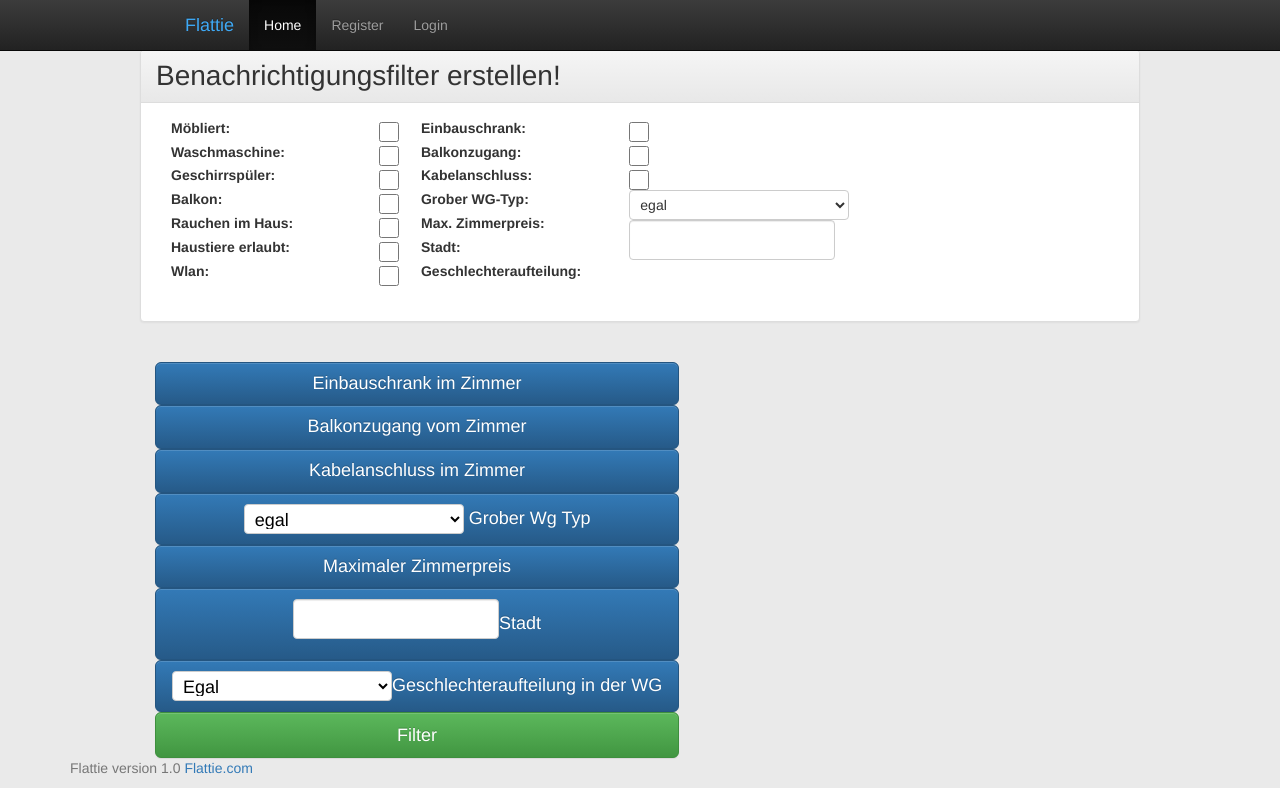
Repository: ese-unibe-ch/ese2014-team2
Page: http://localhost/Skeleton/pages/createCustomFilter.jsp
An editor plug-in stored every save of this project. The page is shown before and after the next save, followed by the edit.
The browser window is 1280 px wide. The pictures show the whole page.
Some web libraries are served in a nearby version. The page is served by Tomcat 9. Nobody is signed in. The application's start-up code is not run. Other server files are loaded and not shown. The template is opened directly, without the code that normally fills it, so the values that code supplies are empty.

Above is the page before, as saved 2014-11-26 12:40:51.
Console error (its wording comes from the project's code and is left out).

### Skeleton/src/main/webapp/pages/createCustomFilter.jsp
<%@ page language="java" pageEncoding="UTF-8" contentType="text/html;charset=utf-8" %>
<%@ taglib prefix="c" uri="http://java.sun.com/jsp/jstl/core" %>
<%@ taglib prefix="form" uri="http://www.springframework.org/tags/form" %>
<%@ taglib prefix="spring" uri="http://www.springframework.org/tags" %>


<c:import url="template/header.jsp" />



<div class="main">
	<div class="col-sm-16">
    	<div class="panel panel-default">
        	<div class="panel-heading">
            	<h3 class="panel-title">Benachrichtigungsfilter erstellen!</h3>
            </div>
            <div class="panel-body">


              <form:form method="post" modelAttribute="filterForm" action="saveCustomFilter"
		id="filterForm" cssClass="form-horizontal" autocomplete="off"
		enctype="multipart/form-data">
		<fieldset>

	<style>
		label {
				line-height:120% !important;
				}
	</style>
		<div class="col-md-5">
			<label>Möbliert:</label><br>
			<label>Waschmaschine:</label><br>
			<label>Geschirrspüler:</label><br>
			<label>Balkon:</label><br>
			<label>Rauchen im Haus:</label><br>
			<label>Haustiere erlaubt:</label><br>
			<label>Wlan:</label><br>
		</div>

		<div class="col-md-1">
			<form:checkbox path="furnished" id="field-furnished" cssClass="checkboxbig"/>
			<form:checkbox	path="hasLaundry" id="field-Laundry" cssClass="checkboxbig"/>
			<form:checkbox	path="hasDishwasher" id="field-Dishwasher" cssClass="checkboxbig"/>
			<form:checkbox path="hasBalcony" id="field-hasBalcony" cssClass="checkboxbig"/>
			<form:checkbox	path="smokingInside" id="field-smokingInside" cssClass="checkboxbig"/>
			<form:checkbox	path="hasPets" id="field-pets" cssClass="checkboxbig" />
			<form:checkbox	path="wlan" id="field-wlan" cssClass="checkboxbig" />
		</div>

		<div class="col-md-5">
			<label>Einbauschrank:</label><br>
			<label>Balkonzugang:</label><br>
			<label>Kabelanschluss:</label><br>
			<label>Grober WG-Typ:</label><br>
			<label>Max. Zimmerpreis:</label><br>
			<label>Stadt:</label><br>
			<label>Geschlechteraufteilung:</label><br>
		</div>

		<div class="col-md-1">
			<form:checkbox path="hasBuiltInCloset" id="field-hasBuiltInCloset" cssClass="checkboxbig" />
			<form:checkbox	path="toBalcony" id="field-isToBalcony" cssClass="checkboxbig"/>
			<form:checkbox	path="hasCables" id="field-hasCables" cssClass="checkboxbig"/>
			<form:select path="wgType" id="field-wgType">
				<option value="undef">egal</option>
				<option value="wild">eher wild</option>
				<option value="calm">eher ruhig</option>
			</form:select>
			<form:input path="roomPrice" id="field-roomPrice" maxlength="6" />
		</div>




				    </div><!-- /input-group -->
				  </div><!-- /.col-lg-6 -->
				  <div class="col-lg-5">
				    <div class="input-group">
				      		<h3><label class="btn btn-primary btn-lg btn-block" >Einbauschrank im Zimmer</label></h3>
				      		<h3><label class="btn btn-primary btn-lg btn-block" >Balkonzugang vom Zimmer</label></h3>
				      		<h3><label class="btn btn-primary btn-lg btn-block" >Kabelanschluss im Zimmer</label></h3>
				      		<h3><label class="btn btn-primary btn-lg btn-block" >
				      		<font color="000000"> <form:select path="wgType" id="field-wgType">
								<option value="undef">egal</option>
								<option value="wild">eher wild</option>
								<option value="calm">eher ruhig</option>


							</form:select> </font> Grober Wg Typ</label></h3>
				<h3><label class="btn btn-primary btn-lg btn-block" ><font color="000000"></font> Maximaler Zimmerpreis</label></h3>
				      		<h3><label class="btn btn-primary btn-lg btn-block" ><font color="000000"><form:input path="city" id="field-city" maxlength="15" /></font>Stadt</label></h3>
				      		<h3><label class="btn btn-primary btn-lg btn-block" ><font color="000000"><form:select path="wgGender" id="field-wgGender"
								tabindex="13">
								<option value="dontcare"> Egal</option>
								<option value="female">Reine Frauenwg</option>
								<option value="male">Reine Männerwg</option>


							</form:select></font>Geschlechteraufteilung in der WG</label></h3>

				      			<button type="submit" class="btn btn-success btn-lg btn-block">Filter</button>
				    </div><!-- /input-group -->
				  </div><!-- /.col-lg-6 -->
				</div><!-- /.row -->





		</fieldset>
		</form:form>

            </div>
          </div>


</div>


</div>


<c:import url="template/footer.jsp" />

### Skeleton/src/main/webapp/pages/template/header.jsp
<!DOCTYPE html>
<html lang="en">
<http use-expressions="true">



    	<meta charset="UTF-8">

    	<title>About Princesses and Castles</title>

    	<link rel="stylesheet" type="text/css" href="css/stylesheet.css" media="all"/>
    	<link rel="stylesheet" type="text/css" href="css/bootstrap.min.css" media="screen" />
    	<script type="text/javascript"  src="dn.com/bootstrap/3.2.0/js/bootstrap.min.js"></script>
    	<script type="text/javascript" src="http://code.jquery.com/jquery-2.1.1.min.js"></script>
		<script src="http://ajax.googleapis.com/ajax/libs/jquery/1.4.2/jquery.min.js?ver=1.4.2"></script>
    	<script src="js/login.js"></script>
    	<link rel="stylesheet" href="https://maxcdn.bootstrapcdn.com/bootstrap/3.3.0/css/bootstrap.min.css">
<link rel="stylesheet" href="https://maxcdn.bootstrapcdn.com/bootstrap/3.3.0/css/bootstrap-theme.min.css">

    	<!-- HTML5 shim, for IE6-8 support of HTML5 elements -->
    	<!--[if lt IE 9]>
    	<script src="http://html5shim.googlecode.com/svn/trunk/html5.js"></script>
    	<![endif]-->
<!--   WASTE!
    	<style>
        	body {
         	   padding-top: 60px; /* 60px to make the container go all the way to the bottom of the topbar */
        	}
    	</style>
    -->



</head>
<body>
<%@ page language="java" pageEncoding="UTF-8" contentType="text/html;charset=utf-8" %>
<%@ taglib prefix="c" uri="http://java.sun.com/jsp/jstl/core" %>
<%@ taglib prefix="form" uri="http://www.springframework.org/tags/form" %>
<%@ taglib prefix="spring" uri="http://www.springframework.org/tags" %>
<%@ taglib prefix="security" uri="http://www.springframework.org/security/tags" %>

   	  <link href="http://ajax.googleapis.com/ajax/libs/jqueryui/1.8/themes/ui-lightness/jquery-ui.css" rel="stylesheet" type="text/css"/>
      <script src="http://ajax.googleapis.com/ajax/libs/jquery/1.5/jquery.min.js"></script>
      <script src="http://ajax.googleapis.com/ajax/libs/jqueryui/1.8/jquery-ui.min.js"></script>

      <script>
      $(document).ready(function() {
        $("#datepicker").datepicker();
      });
      </script>

       <script>
      $(document).ready(function() {
        $("#datepicker2").datepicker();
      });
      </script>

<security:authorize access="isAnonymous()">
    <!-- Fixed navbar -->
    <nav class="navbar navbar-inverse navbar-fixed-top" role="navigation">
      <div class="container">
        <div class="navbar-header">
          <button type="button" class="navbar-toggle collapsed" data-toggle="collapse" data-target="#navbar" aria-expanded="false" aria-controls="navbar">
            <span class="sr-only">Toggle navigation</span>
            <span class="icon-bar"></span>
            <span class="icon-bar"></span>
            <span class="icon-bar"></span>
          </button>
          <a class="navbar-brand" href="/Skeleton" color="#3fa9f5">Flattie</a>
        </div>
        <div id="navbar" class="navbar-collapse collapse">
          <ul class="nav navbar-nav">
            <li class="active"><a href="/Skeleton">Home</a></li>
            <li><a href="register">Register</a></li>
            <li><a href="#" id="loginButton"><span>Login</span><em></em></a>
                <div style="clear:both"></div>
                <div id="loginBox">
                    <form id="loginForm" name="loginForm" action="<c:url value='j_spring_security_check' />" method="POST">
                        <fieldset id="body">
                            <fieldset>
                                <label for="email">Email Address</label>
                                <input type="text" name="j_username" id="email" placeholder="Email" />
                            </fieldset>
                            <fieldset>
                                <label for="password">Password</label>
                                <input type="password" name="j_password" id="password" placeholder="Password" />
                            </fieldset>
                            <input type="submit" id="login" value="Sign in" />
                            <label for="checkbox"><input type="checkbox" id="checkbox" />Remember me</label>
                        </fieldset>
                        <span><a href="#">Forgot your password?</a></span>
                    </form>
                </div></li>
          </ul>
        </div><!--/.nav-collapse -->
      </div>
    </nav>
</security:authorize>

<security:authorize access="isAuthenticated()">
	    <!-- Fixed navbar -->
    <nav class="navbar navbar-inverse navbar-fixed-top" role="navigation">
      <div class="container">
        <div class="navbar-header">
          <button type="button" class="navbar-toggle collapsed" data-toggle="collapse" data-target="#navbar" aria-expanded="false" aria-controls="navbar">
            <span class="sr-only">Toggle navigation</span>
            <span class="icon-bar"></span>
            <span class="icon-bar"></span>
            <span class="icon-bar"></span>
          </button>
          <a class="navbar-brand" href="/Skeleton">Flattie</a>
        </div>
        <div id="navbar" class="navbar-collapse collapse">
          <ul class="nav navbar-nav">
            <li><a href="myprofile">Profil</a></li>
            <li><a href="myinbox">Inbox</a></li>
            <li><a href="myads">Ads</a></li>
            <li><a href="bookmarks">Favoriten</a></li>
            <li><a href="logout">Logout</a></li>
          </ul>
        </div><!--/.nav-collapse -->
      </div>
    </nav>
</security:authorize>

<div id="push_header"></div>



<div id="container_background">
	<div class="container">

Loaded but not shown: Skeleton/src/main/webapp/pages/template/footer.jsp (common file); Skeleton/src/main/webapp/css/bootstrap.min.css (library); Skeleton/src/main/webapp/js/bootstrap.min.js (library); Skeleton/src/main/webapp/js/login.js (common file); Skeleton/src/main/webapp/css/stylesheet.css (2278 lines, source omitted)

After the next save:
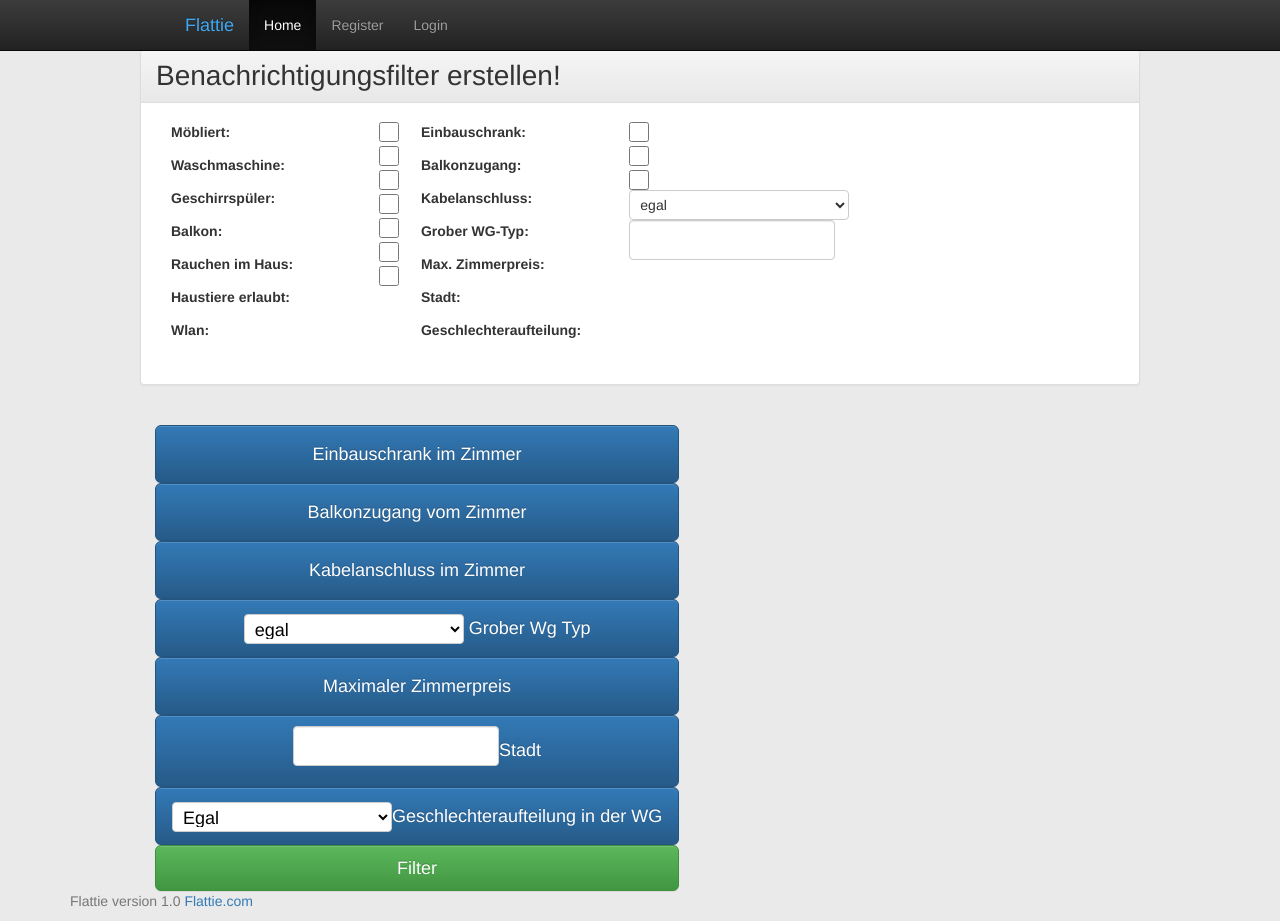
Saved 25 s later.
--- a/Skeleton/src/main/webapp/pages/createCustomFilter.jsp
+++ b/Skeleton/src/main/webapp/pages/createCustomFilter.jsp
@@ -24,7 +24,7 @@
 
 	<style>
 		label {
-				line-height:120% !important;
+				line-height:200% !important;
 				}
 	</style>
 		<div class="col-md-5">
